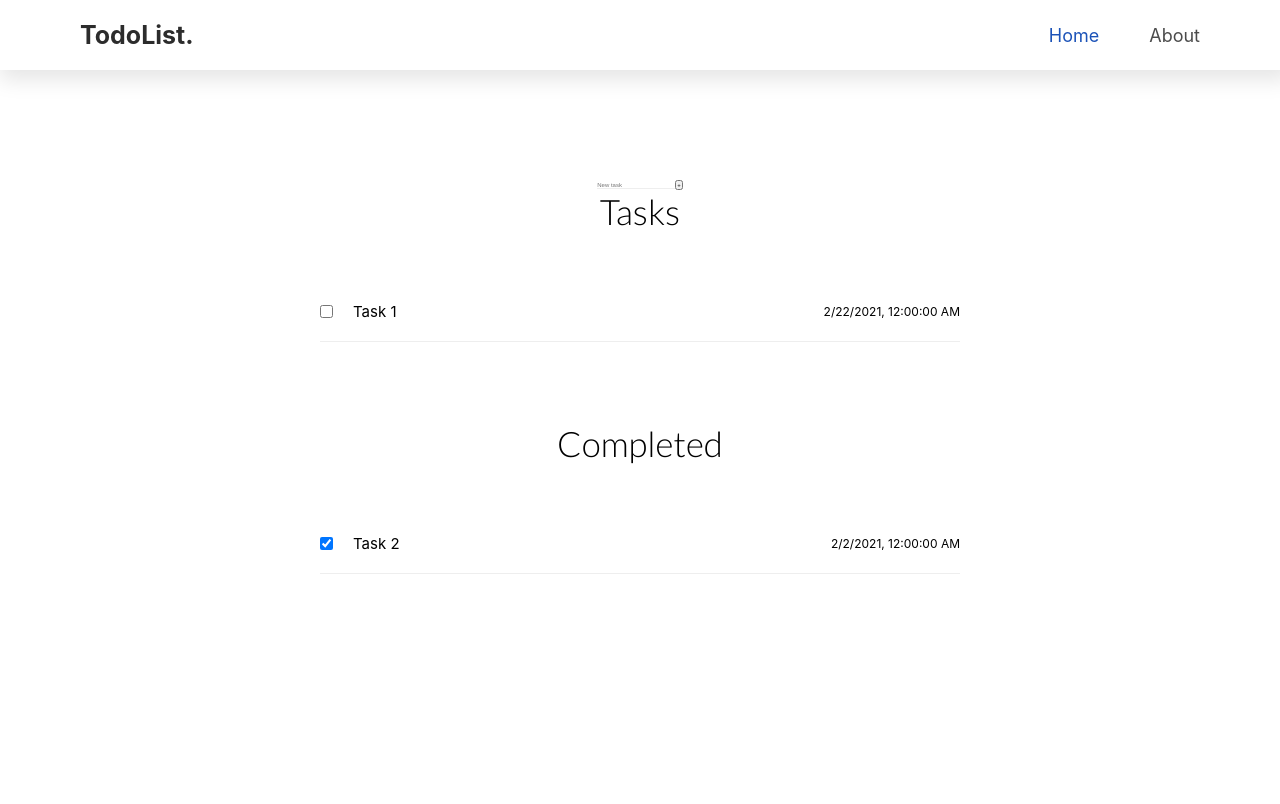
Repository: dqhuy153/react-todoList
Page: /
The author's editor kept a copy of each file at every save. The page is drawn from the files as they stood at one save, then again after the next save.
The browser window is 1280 px wide. The pictures show the whole page.
The project was rebuilt for these pictures with package versions that can differ from the ones it lists, and the page was loaded fresh each time. Also part of the build but not shown: src/components/UI/LoadingSpinner.module.scss.

Above is the page before, as saved 2021-09-16 21:58:01.

After the next save:
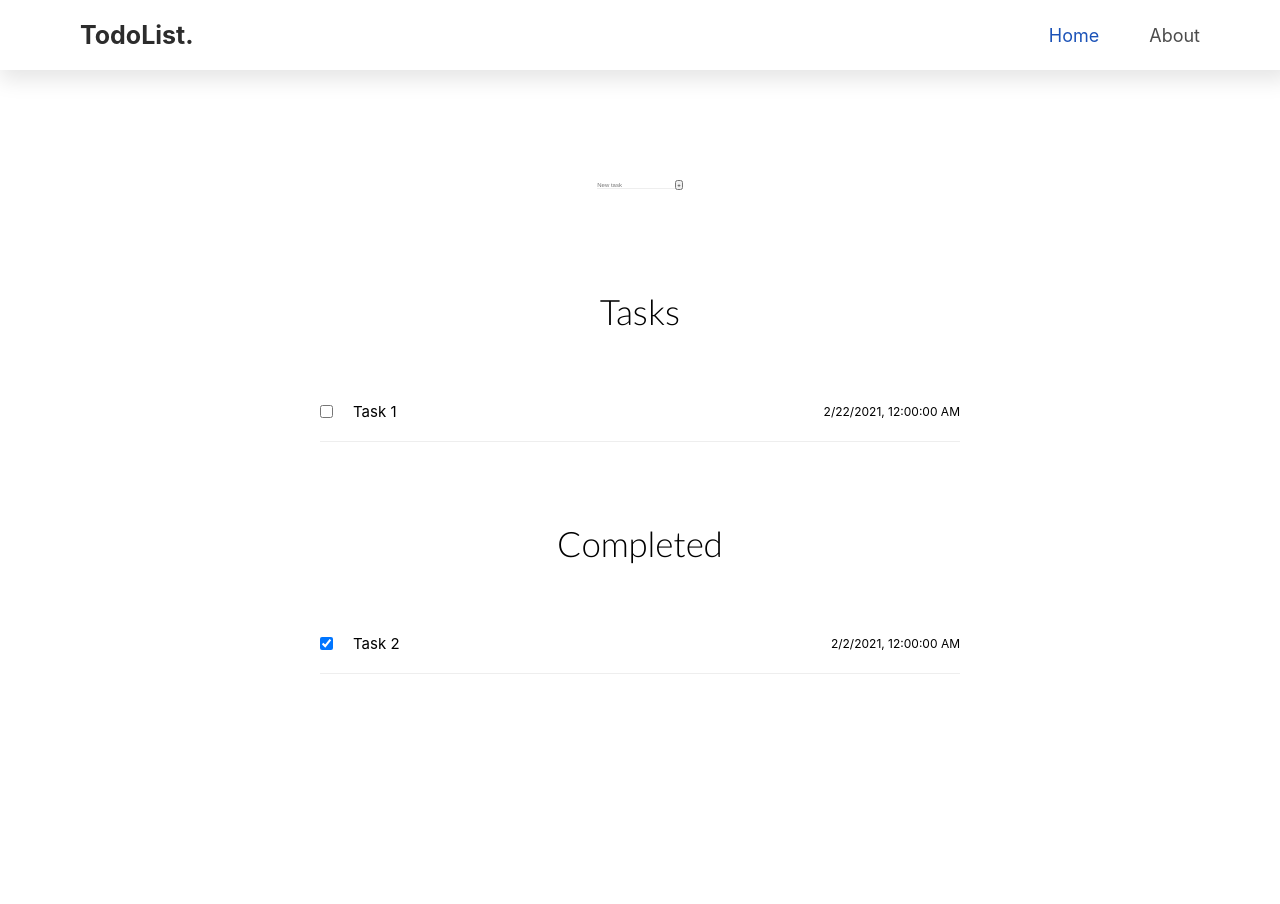
Saved 12 s later.
--- a/src/components/pages/Home.module.scss
+++ b/src/components/pages/Home.module.scss
@@ -14,6 +14,7 @@
 
   .add {
     text-align: center;
+    margin-bottom: 10rem;
 
     input {
       border: none;
